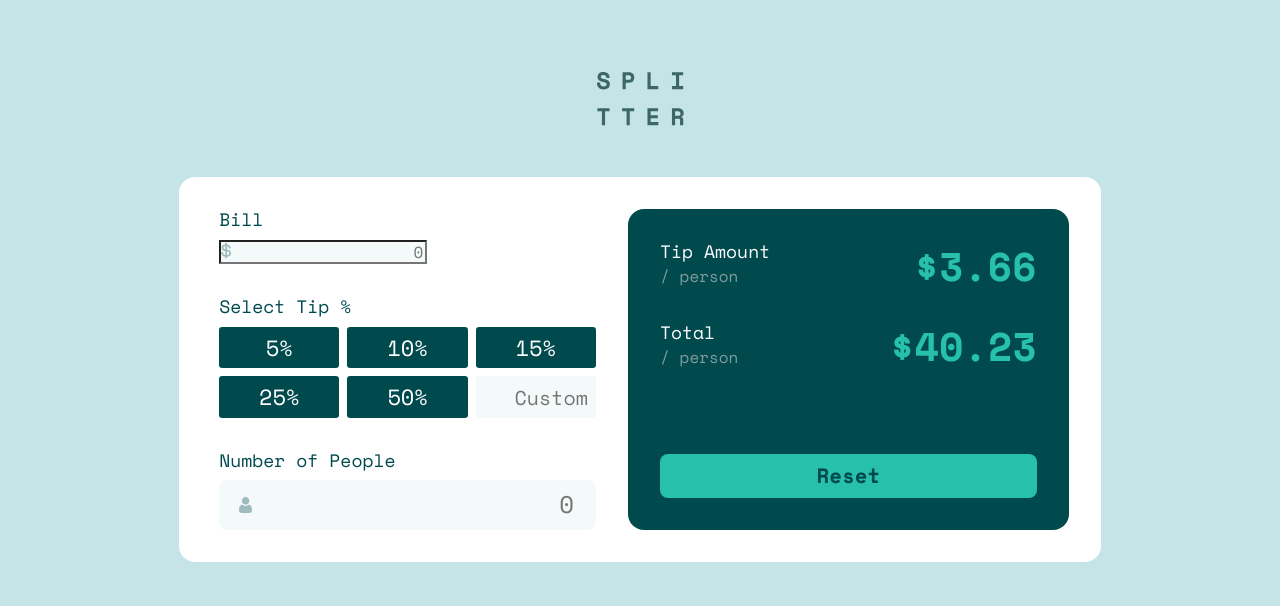
Repository: Jay-JYKim91/FM_tip-calculator
Page: index.html
These files come from the project's save history. The page is drawn as it stood at one moment and after the next save; the edit follows.
The browser window is 1280 px wide. The pictures show the whole page.

Above is the page before, as saved 2021-12-23 12:51:18.

### index.html
<!DOCTYPE html>
<html lang="en">
<head>
  <meta charset="UTF-8">
  <meta name="viewport" content="width=device-width, initial-scale=1.0"> <!-- displays site properly based on user's device -->

  <link rel="icon" type="image/png" sizes="32x32" href="./images/favicon-32x32.png">

  <title>Tip calculator</title>
  <link rel="preconnect" href="https://fonts.googleapis.com">
  <link rel="preconnect" href="https://fonts.gstatic.com" crossorigin>
  <link href="https://fonts.googleapis.com/css2?family=Space+Mono:wght@400;700&display=swap" rel="stylesheet">
  <link rel="stylesheet" href="https://cdnjs.cloudflare.com/ajax/libs/normalize/8.0.1/normalize.min.css" integrity="sha512-NhSC1YmyruXifcj/KFRWoC561YpHpc5Jtzgvbuzx5VozKpWvQ+4nXhPdFgmx8xqexRcpAglTj9sIBWINXa8x5w==" crossorigin="anonymous" referrerpolicy="no-referrer" />
  <link rel="stylesheet" href="style.css">
  <script src="main.js" defer></script>

</head>
<body>
  <main class="container">
    <header>
      <img src="./images/logo.svg" alt="logo">
    </header>
    <section class="calculator_wrapper">
      <article class="input_wrapper">
        <div>
          <p class="title">Bill</p>
          <!-- <div class="input_form"> -->
            <!-- <img src="./images/icon-dollar.svg" alt="dollar"> -->
            <input type="tel" placeholder="0" id="billInput">
          <!-- </div> -->
        </div>
        <div>
          <p class="title">Select Tip %</p>
          <div class="tip_options">
            <button class="tip_option">5%</button>
            <button class="tip_option">10%</button>
            <button class="tip_option">15%</button>
            <button class="tip_option">25%</button>
            <button class="tip_option">50%</button>
            <input type="tel" id="custom_tip" class="tip_option" placeholder="Custom" autocomplete="off">
          </div>
        </div>
        <div>
          <p class="title">Number of People</p>
          <div class="input_form">
            <img src="./images/icon-person.svg" alt="person">
            <input type="tel" placeholder="0">
          </div>
        </div>
      </article>
      <article class="result_wrapper">
        <div class="result_rows">
          <div class="result_row">
            <div class="result_title_wrapper">
              <p class="title">Tip Amount</p>
              <p class="subtitle">/ person</p>
            </div>
            <p id="tipAmountPrice" class="display_result">$3.66</p>
          </div>
          <div class="result_row">
            <div class="result_title_wrapper">
              <p class="title">Total</p>
              <p class="subtitle">/ person</p>
            </div>
            <p id="totalPrice" class="display_result">$40.23</p>
          </div>
        </div>
        <div>
          <button id="resetBtn">Reset</button>
        </div>
      </article>
    </section>
  </main>
</body>
</html>

### style.css
:root {
  --body-font: "Space Mono", monospace;

  --strong-cyan: hsl(172, 67%, 45%);
  --very-dark-cyan: hsl(183, 100%, 15%);
  --dark-grayish-cyan1: hsl(186, 14%, 43%);
  --dark-grayish-cyan2: hsl(184, 14%, 56%);
  --light-grayish-cyan1: hsl(185, 41%, 84%);
  --light-grayish-cyan2: hsl(189, 41%, 97%);
  --white: hsl(0, 0%, 100%);
}
body {
  background-color: var(--light-grayish-cyan1);
  font-family: var(--body-font);
}
.container {
  margin: 10vh 14vw;
}
header {
  text-align: center;
  margin: 3rem;
}
.calculator_wrapper {
  background-color: var(--white);
  display: flex;
  justify-content: space-between;
  padding: 2rem;
  border-radius: 1rem;
}
.input_wrapper {
  flex-basis: 50%;
  padding: 0 2em 0 0.5em;
}
.input_wrapper div {
  margin-bottom: 2rem;
}
.input_wrapper div:last-child {
  margin-bottom: 0;
}
.tip_options {
  display: grid;
  grid-template-columns: repeat(3, 1fr);
  grid-gap: 0.5em;
}
.tip_option {
  border: 2px solid transparent;
  background-color: var(--very-dark-cyan);
  color: var(--white);
  font-family: var(--body-font);
  padding: 6px;
  font-size: 22px;
  border-radius: 0.2rem;
  cursor: pointer;
  transition: all 0.1s ease-in-out;
}
.tip_option:hover {
  background-color: var(--light-grayish-cyan1);
  color: var(--very-dark-cyan);
}
.tip_option:focus {
  background-color: var(--strong-cyan);
  color: var(--very-dark-cyan);
}
#custom_tip {
  width: 100%;
  background-color: var(--light-grayish-cyan2);
  box-sizing: border-box;
  text-align: right;
  font-size: 20px;
  color: var(--strong-cyan);
  caret-color: var(--strong-cyan);
}
#custom_tip:focus {
  outline: none;
  border: var(--strong-cyan) 2px solid;
}
.title {
  margin: 0 0 10px 0;
  color: var(--very-dark-cyan);
  font-size: 18px;
}
#billInput {
  background-color: var(--light-grayish-cyan2);
  background-image: url("./images/icon-dollar.svg");
  background-repeat: no-repeat;
  text-align: right;
}
.input_form {
  display: flex;
  align-items: center;
  justify-content: space-between;
  background-color: var(--light-grayish-cyan2);
  padding: 10px 20px;
  border-radius: 0.5rem;
}
.input_form input {
  width: 90%;
  font-size: 24px;
  border: none;
  background-color: var(--light-grayish-cyan2);
  text-align: right;
  color: var(--very-dark-cyan);
  caret-color: var(--strong-cyan);
}
.input_form input:focus {
  outline: none;
}
/* #test:focus .input_form {
  border: 2px solid var(--strong-cyan);
} */
.result_wrapper {
  background-color: var(--very-dark-cyan);
  flex-basis: 50%;
  border-radius: 1rem;
  padding: 2em;
  display: flex;
  flex-direction: column;
  justify-content: space-between;
}
.result_title_wrapper {
  flex-basis: 40%;
}
.result_title_wrapper p {
  margin: 0 0 0.3rem 0;
}
.result_wrapper .title {
  color: var(--white);
  /* margin: 0 0 10px 0; */
}
.subtitle {
  color: var(--dark-grayish-cyan2);
}
.result_row {
  display: flex;
  align-items: center;
  justify-content: space-between;
  margin-bottom: 2rem;
}
.display_result {
  flex-basis: 60%;
  text-align: right;
  color: var(--strong-cyan);
  font-weight: 600;
  font-size: 2.5rem;
  margin: 0;
}
#resetBtn {
  border: none;
  background-color: var(--strong-cyan);
  color: var(--very-dark-cyan);
  width: 100%;
  padding: 10px;
  font-weight: 600;
  font-size: 1.3rem;
  border-radius: 0.5rem;
  cursor: pointer;
  transition: all ease-in-out 0.1s;
}
#resetBtn:hover {
  background-color: var(--light-grayish-cyan1);
}
/* Tablet size */
@media (min-width: 768px) and (max-width: 1023px) {
}

/* Mobile size */
@media (max-width: 767px) {
}

Loaded but not shown: main.js (empty)

After the next save:
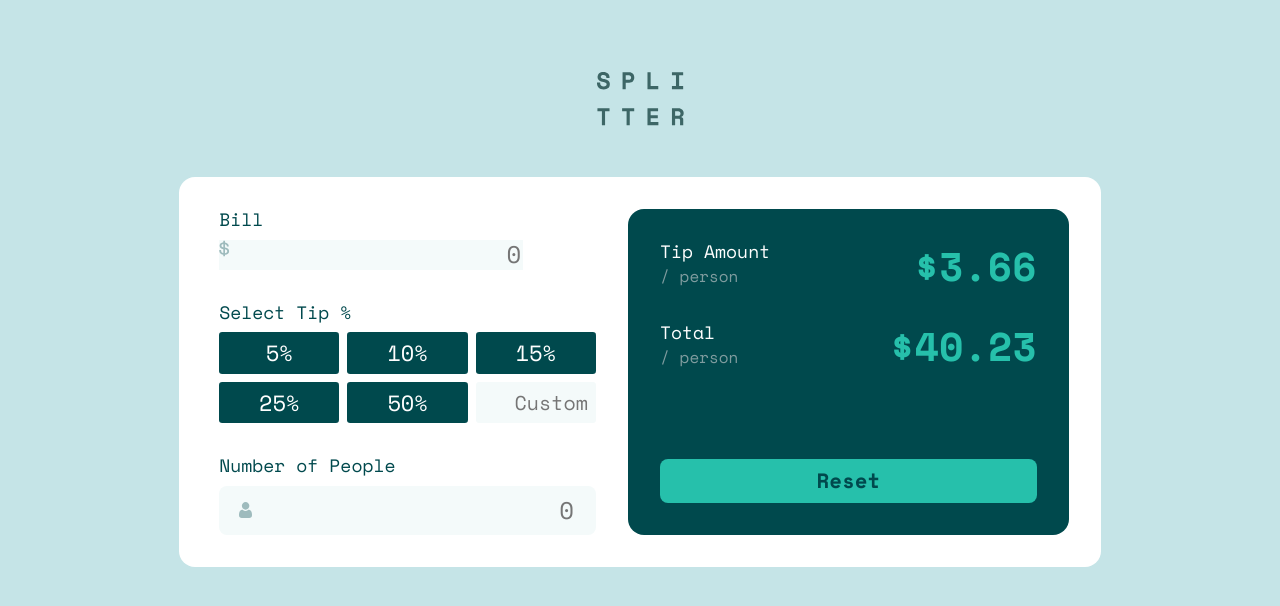
Saved 59 s later.
--- a/style.css
+++ b/style.css
@@ -84,6 +84,12 @@ header {
   background-image: url("./images/icon-dollar.svg");
   background-repeat: no-repeat;
   text-align: right;
+  font-size: 24px;
+  border: none;
+  background-color: var(--light-grayish-cyan2);
+  text-align: right;
+  color: var(--very-dark-cyan);
+  caret-color: var(--strong-cyan);
 }
 .input_form {
   display: flex;
